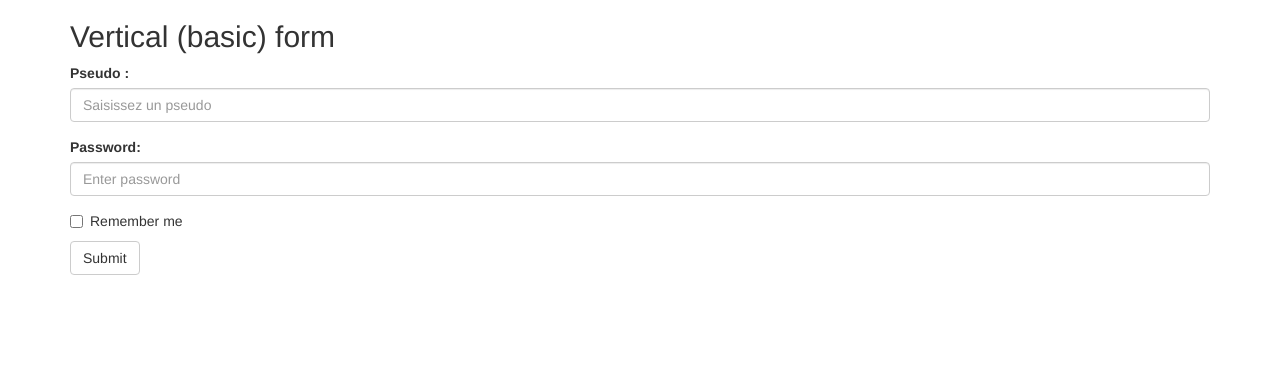
Repository: lemzoo/formation_Java8
Page: EspaceMembre/srcHTML/formulaireInscriptionBasique.html
The author's editor kept a copy of each file at every save. The page is drawn from the files as they stood at one save, then again after the next save.
The browser window is 1280 px wide. The pictures show the whole page.

Above is the page before, as saved 2016-06-10 10:39:26.

### EspaceMembre/srcHTML/formulaireInscriptionBasique.html
<!DOCTYPE html>
<html lang="en">
<head>
  <title>Formulaire Inscription</title>
  <meta charset="utf-8">
  <meta name="viewport" content="width=device-width, initial-scale=1">
  <link rel="stylesheet" href="http://maxcdn.bootstrapcdn.com/bootstrap/3.3.6/css/bootstrap.min.css">
  <script src="https://ajax.googleapis.com/ajax/libs/jquery/1.12.2/jquery.min.js"></script>
  <script src="http://maxcdn.bootstrapcdn.com/bootstrap/3.3.6/js/bootstrap.min.js"></script>
</head>
<body>

<div class="container">
  <h2>Vertical (basic) form</h2>
  <form role="form" method="POST" action="../srcPHP/ajouterMembre.php">
    <div class="form-group">
      <label for="pseudo">Pseudo :</label>
      <input type="pseudo" class="form-control" name="pseudo" placeholder="Saisissez un pseudo">
    </div>

    <div class="form-group">
      <label for="pwd">Password:</label>
      <input type="password" class="form-control" id="pwd" placeholder="Enter password">
    </div>
    <div class="checkbox">
      <label><input type="checkbox"> Remember me</label>
    </div>
    <button type="submit" class="btn btn-default">Submit</button>
  </form>
</div>

</body>
</html>

After the next save:
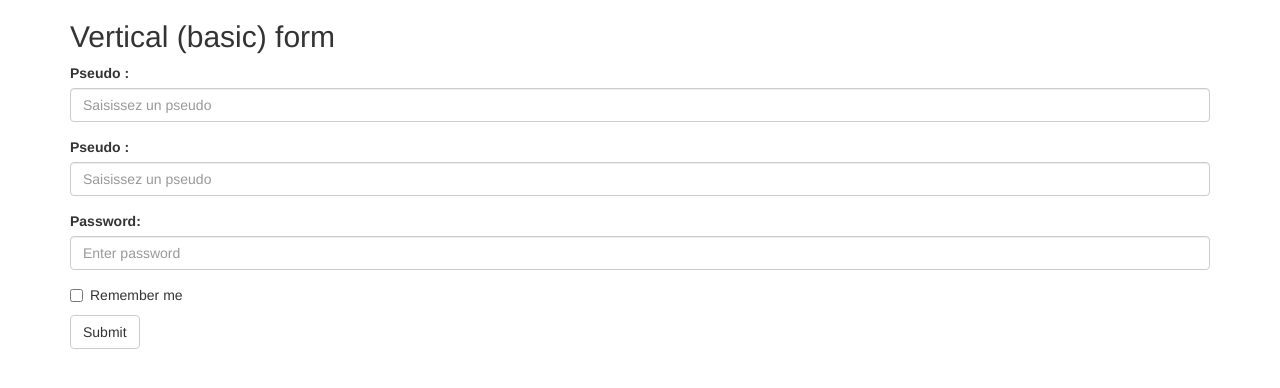
Saved 13 s later.
--- a/EspaceMembre/srcHTML/formulaireInscriptionBasique.html
+++ b/EspaceMembre/srcHTML/formulaireInscriptionBasique.html
@@ -19,6 +19,11 @@
     </div>
 
     <div class="form-group">
+      <label for="pseudo">Pseudo :</label>
+      <input type="pseudo" class="form-control" name="pseudo" placeholder="Saisissez un pseudo">
+    </div>
+
+    <div class="form-group">
       <label for="pwd">Password:</label>
       <input type="password" class="form-control" id="pwd" placeholder="Enter password">
     </div>
